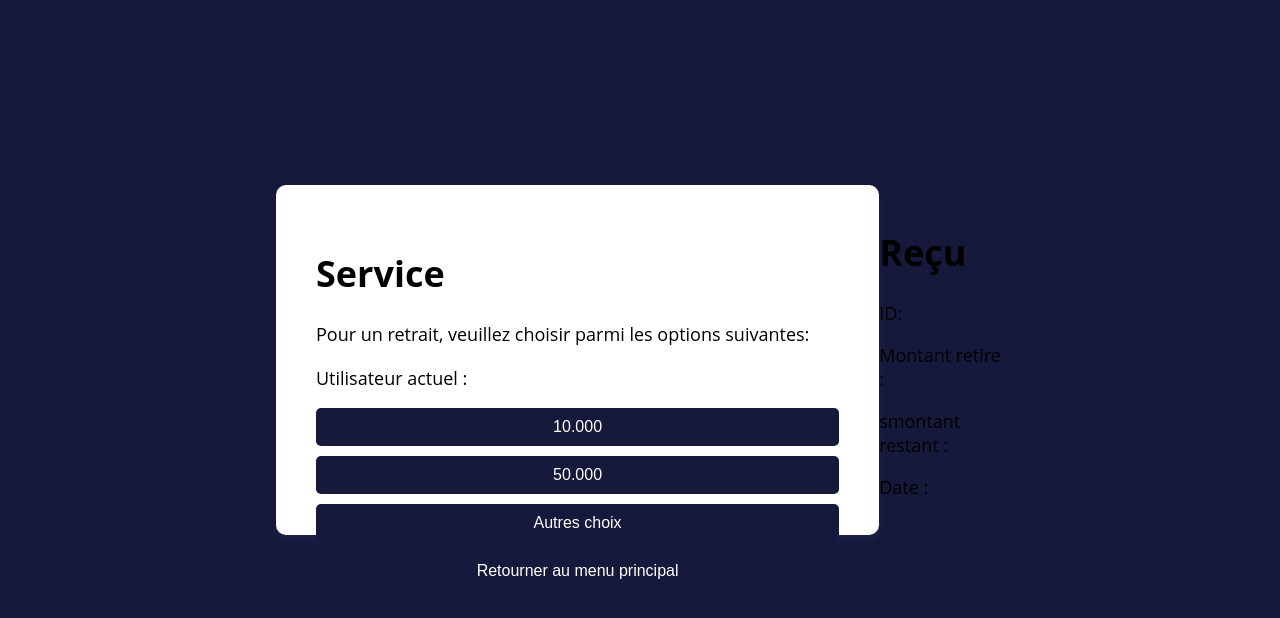
Repository: ndiawar/ProjetGab
Page: retrait.html
These files come from the project's save history. The page is drawn as it stood at one moment and after the next save; the edit follows.
The browser window is 1280 px wide. The pictures show the whole page.

Above is the page before, as saved 2024-08-08 11:26:08.
Console error: TypeError: Cannot read properties of null (reading 'addEventListener')

After the next save:
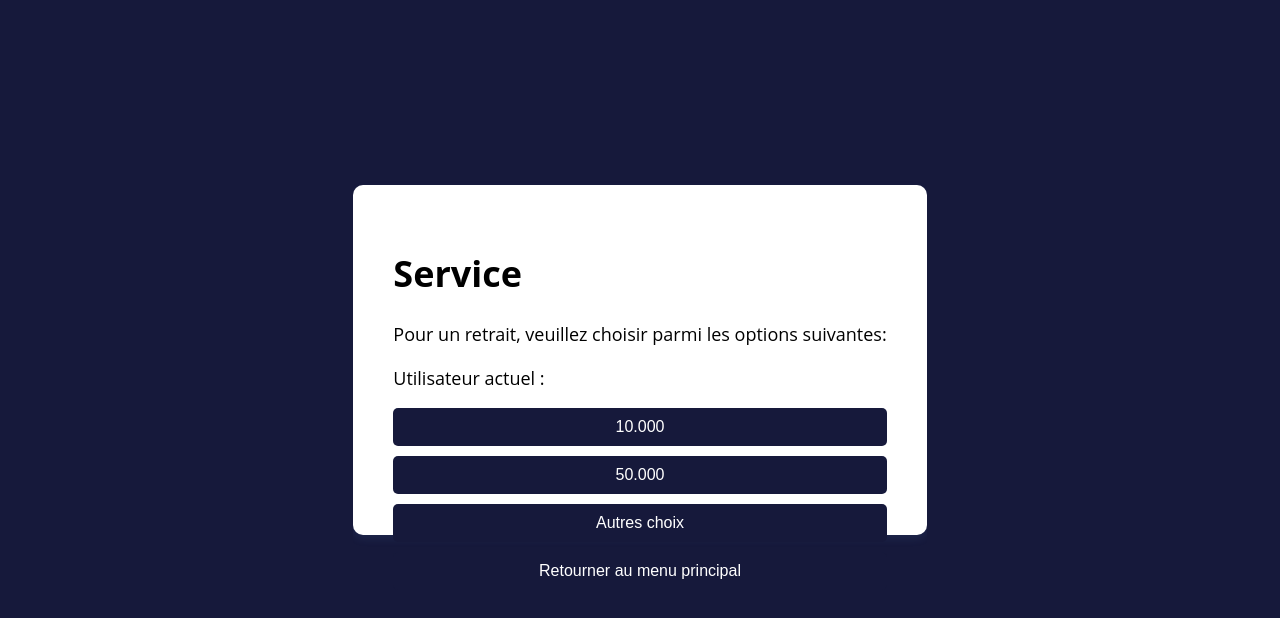
Saved 19 min 15 s later.
--- a/retrait.html
+++ b/retrait.html
@@ -18,22 +18,7 @@
 
     </div>
 
-    <div class="mon_recu">
-            <h1 id="recu">Reçu</h1>
-            <div class="info_recu">
-                <div class="store-info">
-                    <p>ID:</p>
 
-                    <p>Montant retire :</p>
-
-                    <p>smontant restant :</p>
-
-                </div>
-                <div class="date_info">
-                    <p>Date : <span id="date"></span></p>
-
-                </div>
-            </div>
     <script src="script.js"></script>
 </body>
 </html>
